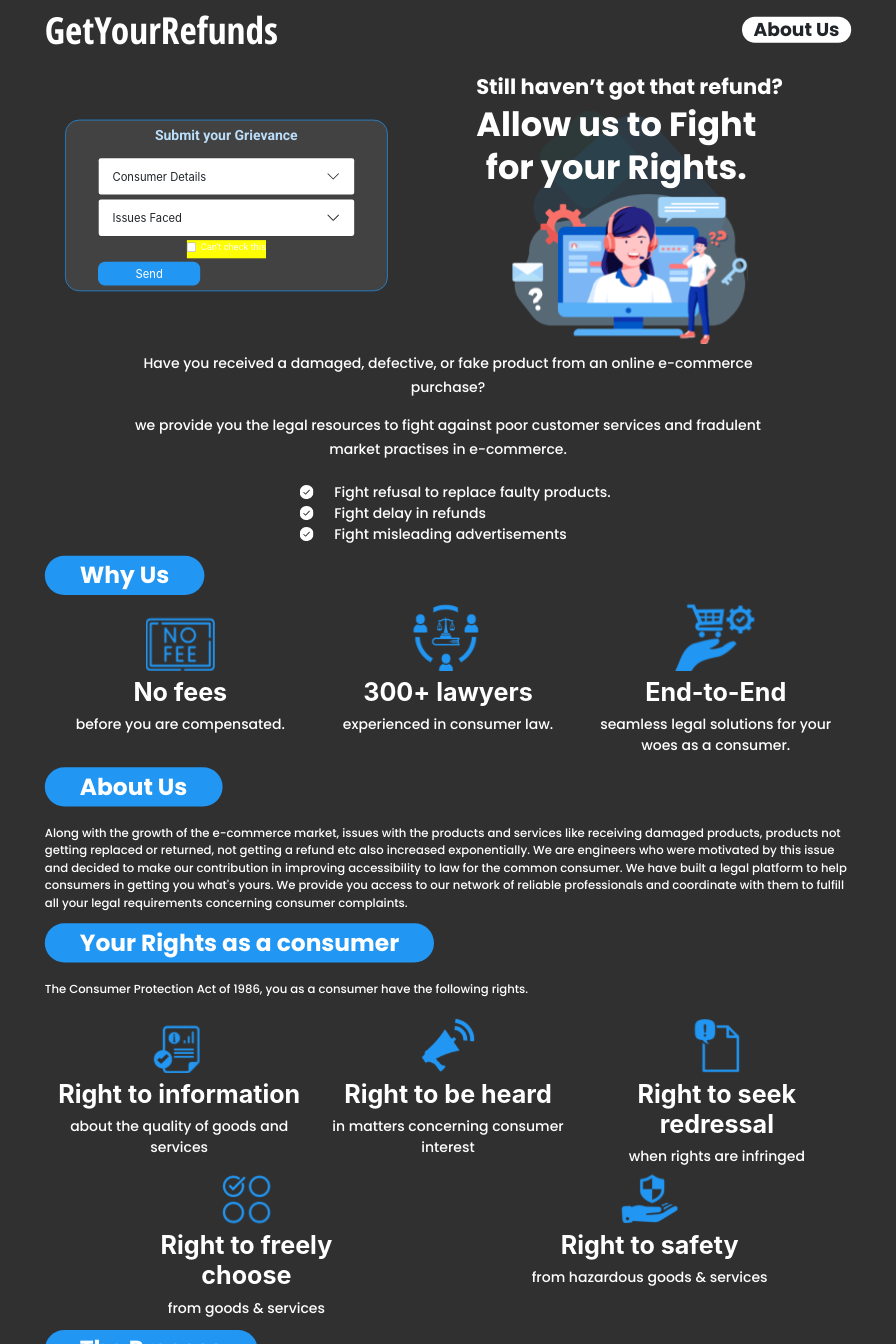
Repository: Eren00Yeager/initial-survey
Page: /consumer-complaints
These files come from the project's save history. The page is drawn as it stood at one moment and after the next save; the edit follows.
The browser window is 1280 px wide. The pictures show the part of the page from y = 0 to 1920 px (the page is 2604 px tall), at 70% of full size.
Some web fonts or font styles are not loaded; a fallback is used. The project was rebuilt for these pictures with package versions that can differ from the ones it lists, and the page was loaded fresh each time. The framework's server and built-in components were replaced by stand-ins that run in the browser. Also part of the build but not shown: next.config.js.

Above is the page before, as saved 2022-07-14 13:09:36.

After the next save:
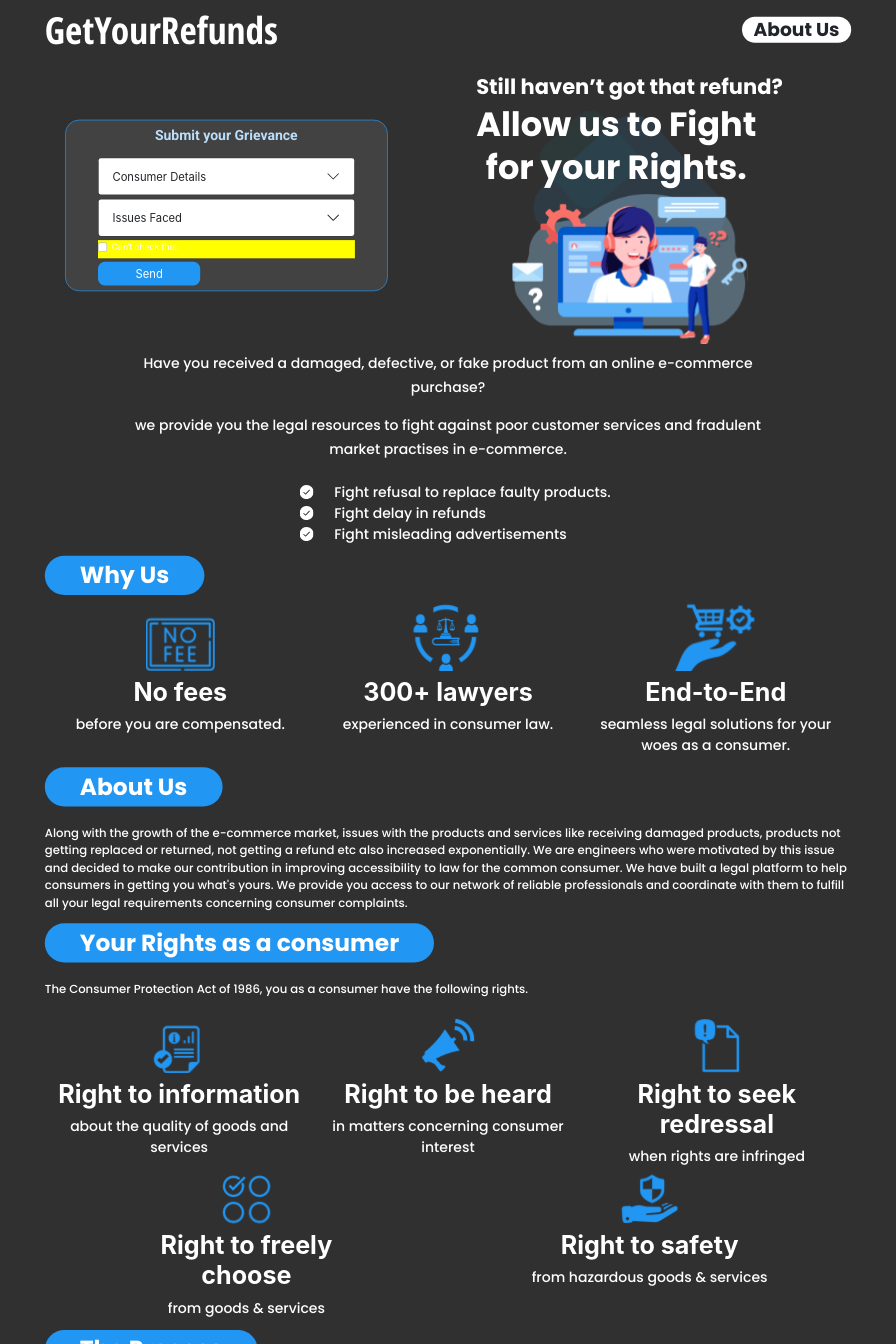
Saved 15 s later.
--- a/styles/consumer.module.css
+++ b/styles/consumer.module.css
@@ -790,7 +790,7 @@ width:100%;
 }
 .terms{
     color:#FFFFFF;
-    align-self: center;
+    /* align-self: center; */
     font-family: 'Roboto';
     font-style: normal;
     font-weight: 500;
